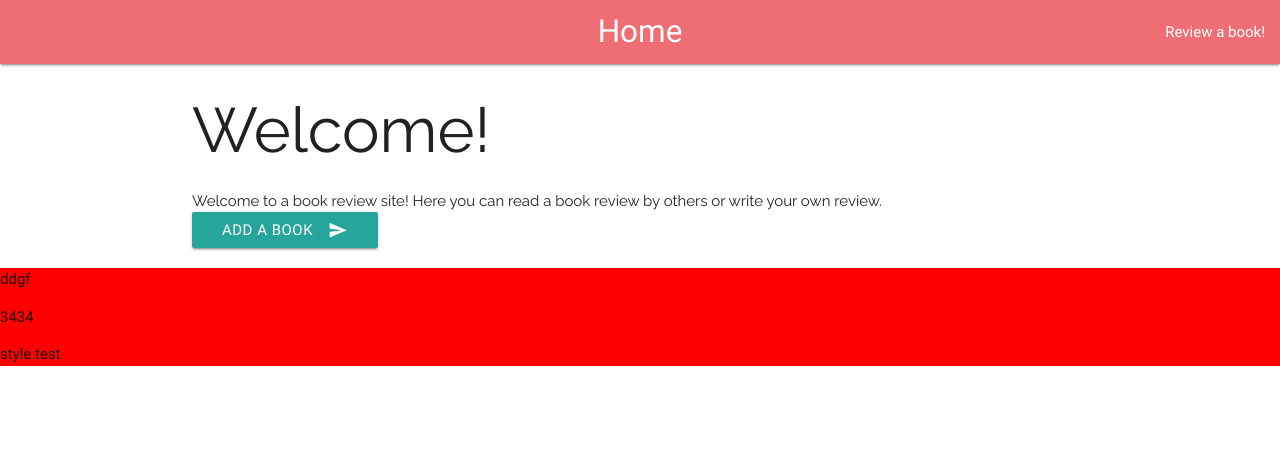
Repository: h8130084/bookReview
Page: http://localhost/
The author's editor kept a record of every edit. The page is drawn from the files as they stood at one moment, then again after the next edit.
The browser window is 1280 px wide. The pictures show the whole page.
Some web libraries are served in a nearby version. The page is served by the project's application, run on Flask 3 (app.py). Queries for data that is not in the repository find no rows.

Above is the page before.
Console error: ReferenceError: M is not defined

### templates/books.html
{% extends 'base.html' %} {% block content %}

<div class="container">
    <h1> Welcome!</h1>
    <div class="sub-heading" "row"> Welcome to a book review site! Here you can read a book review by others or write your own review.</div>



    {% for book in books%}

    <div class="collection">
        <a href="{{url_for( 'book_info', book_id=book._id)}} " class="collection-item"> {{book.Title}}</a>
    </div>

    {% endfor %}



    <div class="row" "addBookButton">
        <form action="{{url_for('add_book')}}" class="col s12">
            <button class="btn waves-effect waves-light" type="submit" name="action">add a book
                <i class="material-icons right">send</i>
            </button>
        </form>
    </div>

</div>
</div>

{% endblock %}

### templates/base.html
<!DOCTYPE html>
<html lang="en">

<head>
    <meta charset="UTF-8">
    <meta name="viewport" content="width=device-width, initial-scale=1.0">
    <meta http-equiv="X-UA-Compatible" content="ie=edge">

    <!-- taken from google fonts, materilaize and cdnjs -->
    <link href="https://fonts.googleapis.com/icon?family=Material+Icons" rel="stylesheet">
    <link rel="stylesheet" href="https://cdnjs.cloudflare.com/ajax/libs/materialize/0.100.2/css/materialize.min.css">
    <link rel="stylesheet" href="{{url_for('static', filename='/style.css')}}" type="text/css" />

    <title>Document</title>
</head>

<body>
    <header>
        <nav>
            <div class="nav-wrapper">
                <a href="{{url_for('get_books')}}" class="brand-logo center">Home</a>
                <ul id="nav-mobile" class="right">
                    <li><a href="{{url_for('add_book')}}">Review a book!</a></li>


            </div>
        </nav>
    </header>



    {% block content %} {% endblock %}

    <script src="https://cdnjs.cloudflare.com/ajax/libs/jquery/3.2.1/jquery.min.js"></script>
    <script src="https://cdnjs.cloudflare.com/ajax/libs/materialize/0.100.2/js/materialize.min.js"></script>
    <script type="text/javascript">
        $(document).ready(function() {
            $('.tabs').tabs();
            $('#Review').val('New Text');
            M.textareaAutoResize($('#Review'));
            $('.sidenav').sidenav();
        });
    </script>
    </div>


</body>

<div class="footer">
    <p>ddgf</p>
    <p>3434</p>
    <p>style test</p>

</html>

### app.py
import os
from flask import Flask, render_template, redirect, request, url_for
from flask_pymongo import PyMongo
from bson.objectid import ObjectId
import env

app = Flask(__name__)

app.config["MONGO_DBNAME"] = 'book_review'
app.config["MONGO_URI"] = env.MONGO_URI


mongo = PyMongo(app)

@app.route('/')
@app.route('/ get_books')
def get_books():
     return render_template("books.html", books=mongo.db.book_details.find())

@app.route('/search', methods= ['GET', 'POST'])
def search(book_id):
    if request.method =="POST":
        the_book = mongo.db.book_details.find({"Title"})
        all_categories = mongo.db.categories.find()
        return render_template('bookdetails.html', book=the_book, categories=all_categories)

@app.route('/edit_book/<book_id>')
def edit_book(book_id):
    the_book = mongo.db.book_details.find_one({"_id": ObjectId(book_id)})
    all_categories = mongo.db.categories.find()
    return render_template('editbook.html', book=the_book, categories=all_categories)

@app.route('/update_book/<book_id>', methods=["POST"])
def update_book(book_id):
    books = mongo.db.book_details
    books.update( {'_id': ObjectId(book_id)},
    {
        'Title': request.form.get('Title'),
        'Author': request.form.get('Author'),
        'Genre': request.form.get('Genre'),
        'Year': request.form.get('Year'),
        'Image_URL': request.form.get('Image_URL'),
        'Amazon': request.form.get('Amazon'),
        'Review': request.form.get('Review')
    })
    return redirect(url_for('get_books'))

#book details page
@app.route('/book_info/<book_id>')
def book_info(book_id):
    the_book = mongo.db.book_details.find_one({"_id": ObjectId(book_id)})
    all_categories = mongo.db.categories.find()
    return render_template('bookdetails.html', book=the_book, categories=all_categories, comments=mongo.db.comments.find())

def get_comments():
     return render_template('bookdetails.html', comments=mongo.db.comments.find())

#  takes the details from the form and adds the comment to the database, then redirects to bookdetails page

@app.route('/insert_comment', methods=['POST'])
def insert_comment():

    new_comment = {
        'bookID': request.form.get('Title'),
        'comment': request.form.get('comment')
    }
    comments = mongo.db.comments
    books = mongo.db.book_review
    comments.insert_one(new_comment)
    # ----- get comments should be book.details page to display that the comment just added is present
    return  redirect(url_for('get_books'))

# displays add books page
@app.route('/add_book')
def add_book():
    return render_template('addbook.html')

#  takes the details from the form and adds the book to the database, then redirects to home page
@app.route('/insert_book', methods=['POST'])
def insert_book():

    new_book = {
        'Title': request.form.get('Title'),
        'Author': request.form.get('Author'),
        'Genre': request.form.get('Genre'),
        'Year': request.form.get('Year'),
        'Image_URL': request.form.get('Image_URL'),
        'Amazon': request.form.get('Amazon'),
        'Review': request.form.get('Review'),
        'upvotes': 0,
    }

    books = mongo.db.book_details
    books.insert_one(new_book)
    # ----- get books should be home page to display that the book just added is present
    return redirect(url_for('get_books'))

# delete the book
@app.route('/delete_book/<book_id>')
def delete_book(book_id):
    mongo.db.book_details.remove({'_id': ObjectId(book_id)})
    return redirect(url_for('get_books'))


if __name__ == '__main__':
    app.run(host=os.environ.get('IP'),
    port=int(os.environ.get('PORT')),
    debug=True)

### static/style.css
@import url('https://fonts.googleapis.com/css?family=Raleway&display=swap');

.footer{
    background-color: red;
}

/*.coverIMG {*/
/*  width: 100%;*/
/*  max-width: 10px;*/
/*  height: auto;*/
/*  position: center;*/
/*}*/

.books{
   background-color: red;
   position: center;
   position: absolute;
 }

.list_of_books{
    text-align: center;
    border: double;
}

.tabs{
    position: center;
    position: relative;
}


/*text*/
h1{
  font-family: 'Raleway', sans-serif;
}
.sub-heading {
  font-family: 'Raleway', sans-serif;
}

After the next edit:
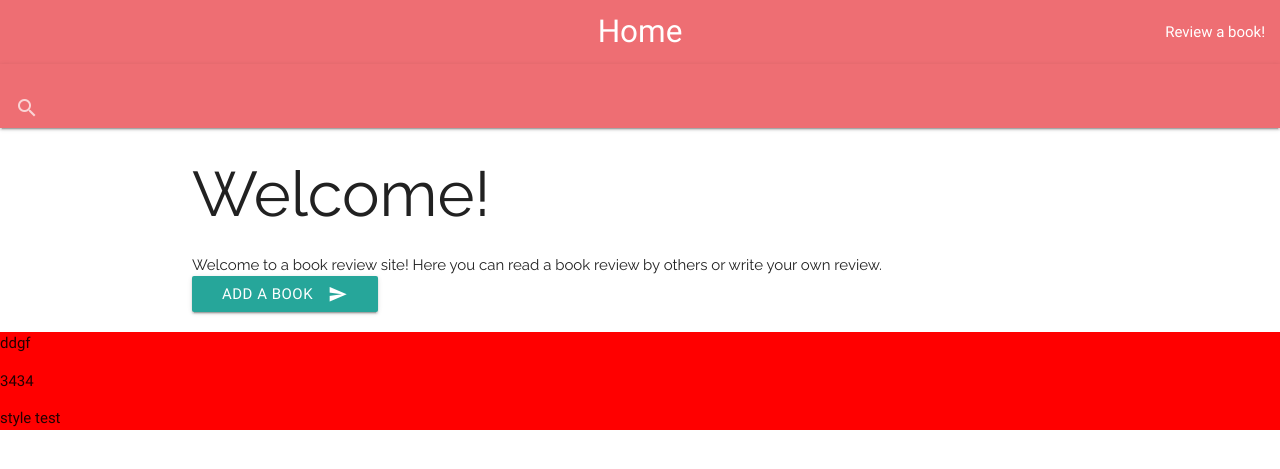
The edit:
--- a/templates/base.html
+++ b/templates/base.html
@@ -25,6 +25,17 @@
 
             </div>
         </nav>
+                        <nav>
+                    <div class="nav-wrapper">
+                        <form>
+                            <div class="input-field" "center">
+                                <input id="search" type="search" required>
+                                <label class="label-icon" for="search"><i class="material-icons">search</i></label>
+                                <i class="material-icons">close</i>
+                            </div>
+                        </form>
+                    </div>
+                </nav>
     </header>
 
 
